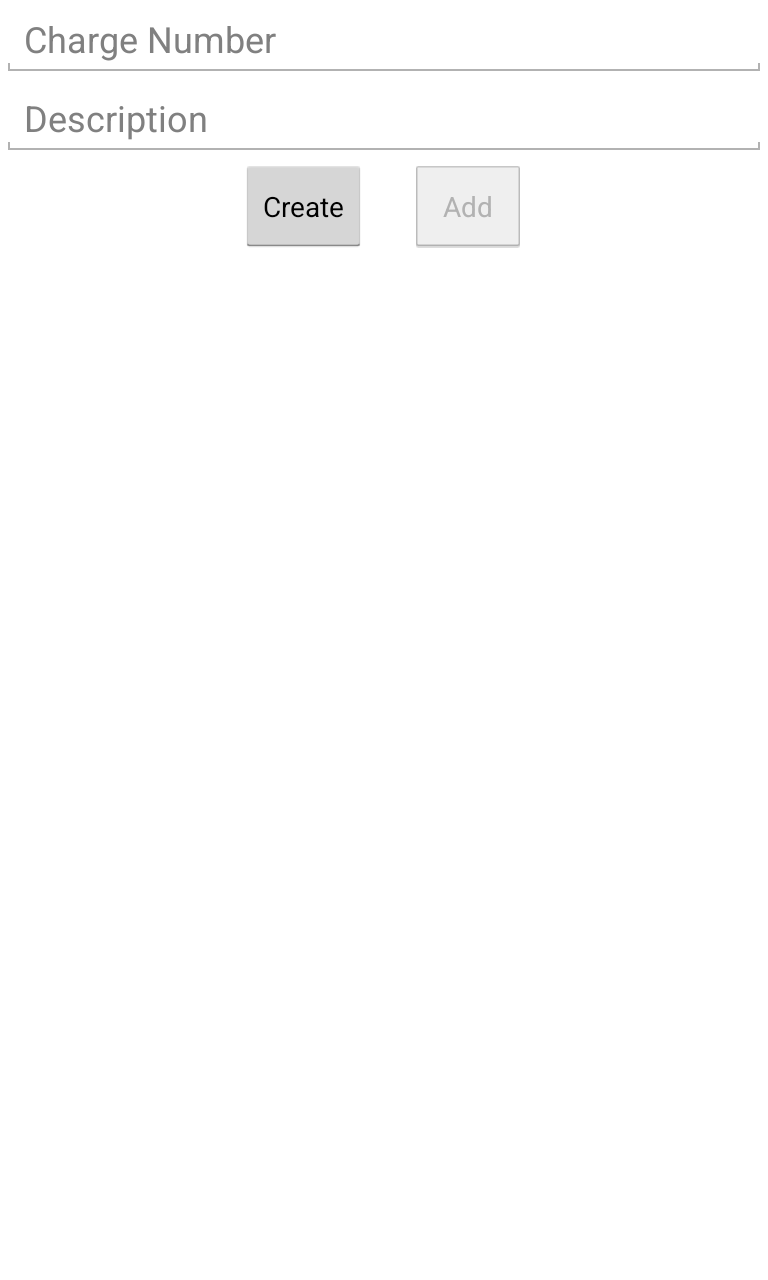
Repository: rotinom/remit
Layout: remit/res/layout/activity_choose_crn.xml
The author's editor kept a copy of each file at every save. The layout is drawn from the files as they stood at one save, then again after the next save.
It is drawn on a 768 x 1280 px phone screen (xhdpi) without system bars, with theme AppTheme; the app's code is not run.

Above is the layout before, as saved 2013-12-23 17:28:45.

### remit/res/layout/activity_choose_crn.xml
<?xml version="1.0" encoding="utf-8"?>
<LinearLayout xmlns:android="http://schemas.android.com/apk/res/android"
    android:layout_width="match_parent"
    android:layout_height="match_parent"
    android:orientation="vertical" >

    <AutoCompleteTextView
        android:id="@+id/edit_crn_number"
        android:layout_width="match_parent"
        android:layout_height="wrap_content"
        android:ems="10"
        android:hint="Charge Number"
        android:inputType="number" />

    <EditText
        android:id="@+id/edit_crn_desc"
        android:layout_width="match_parent"
        android:layout_height="wrap_content"
        android:ems="10"
        android:hint="Description" />

    <LinearLayout
        android:layout_width="match_parent"
        android:layout_height="wrap_content"
        android:gravity="center_horizontal" >

        <Button
            android:id="@+id/create_crn_button"
            style="?android:attr/buttonStyleSmall"
            android:layout_width="wrap_content"
            android:layout_height="wrap_content"
            android:layout_marginRight="10dp"
            android:minWidth="60dp"
            android:text="Create" />

        <Button
            android:id="@+id/add_crn_button"
            style="?android:attr/buttonStyleSmall"
            android:layout_width="wrap_content"
            android:layout_height="wrap_content"
            android:layout_marginLeft="10dp"
            android:minWidth="60dp"
            android:enabled="false"
            android:text="Add" />

    </LinearLayout>

</LinearLayout>

Loaded but not shown: remit/res/values/styles.xml (common file); remit/res/values-v11/styles.xml (common file); remit/res/values-v14/styles.xml (common file)

After the next save:
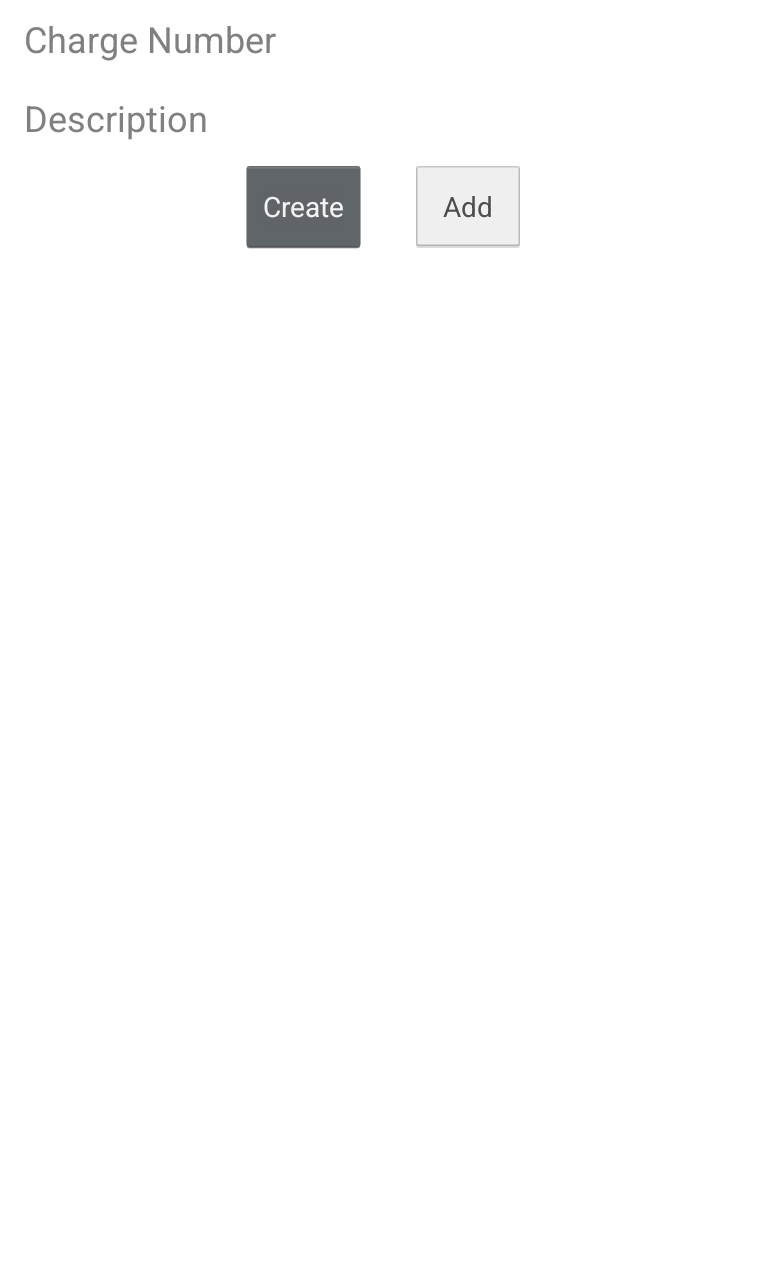
Saved 2 min 10 s later.
--- a/remit/res/layout/activity_choose_crn.xml
+++ b/remit/res/layout/activity_choose_crn.xml
@@ -2,7 +2,9 @@
 <LinearLayout xmlns:android="http://schemas.android.com/apk/res/android"
     android:layout_width="match_parent"
     android:layout_height="match_parent"
-    android:orientation="vertical" >
+    android:orientation="vertical"
+    android:theme="@android:style/Theme.Holo.Dialog"
+    >
 
     <AutoCompleteTextView
         android:id="@+id/edit_crn_number"

After the save that followed:
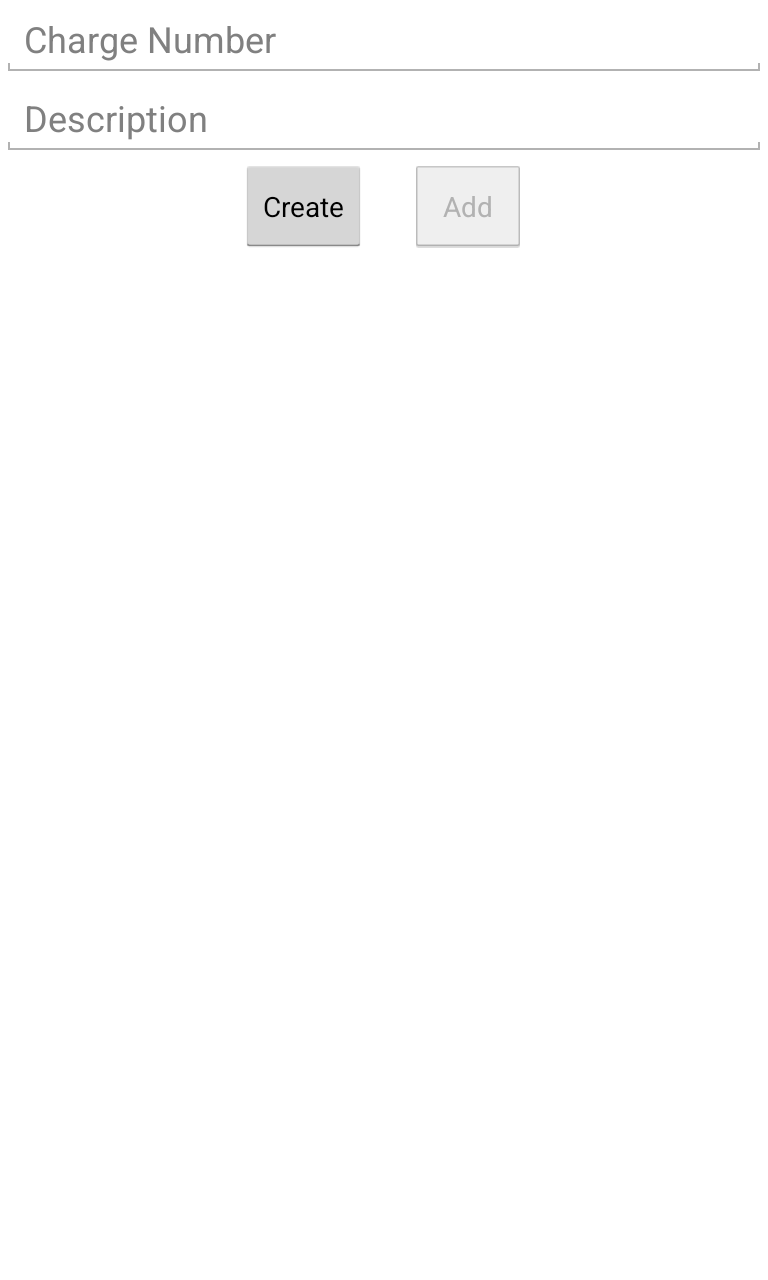
Saved 3 min 33 s later.
--- a/remit/res/layout/activity_choose_crn.xml
+++ b/remit/res/layout/activity_choose_crn.xml
@@ -3,7 +3,6 @@
     android:layout_width="match_parent"
     android:layout_height="match_parent"
     android:orientation="vertical"
-    android:theme="@android:style/Theme.Holo.Dialog"
     >
 
     <AutoCompleteTextView
